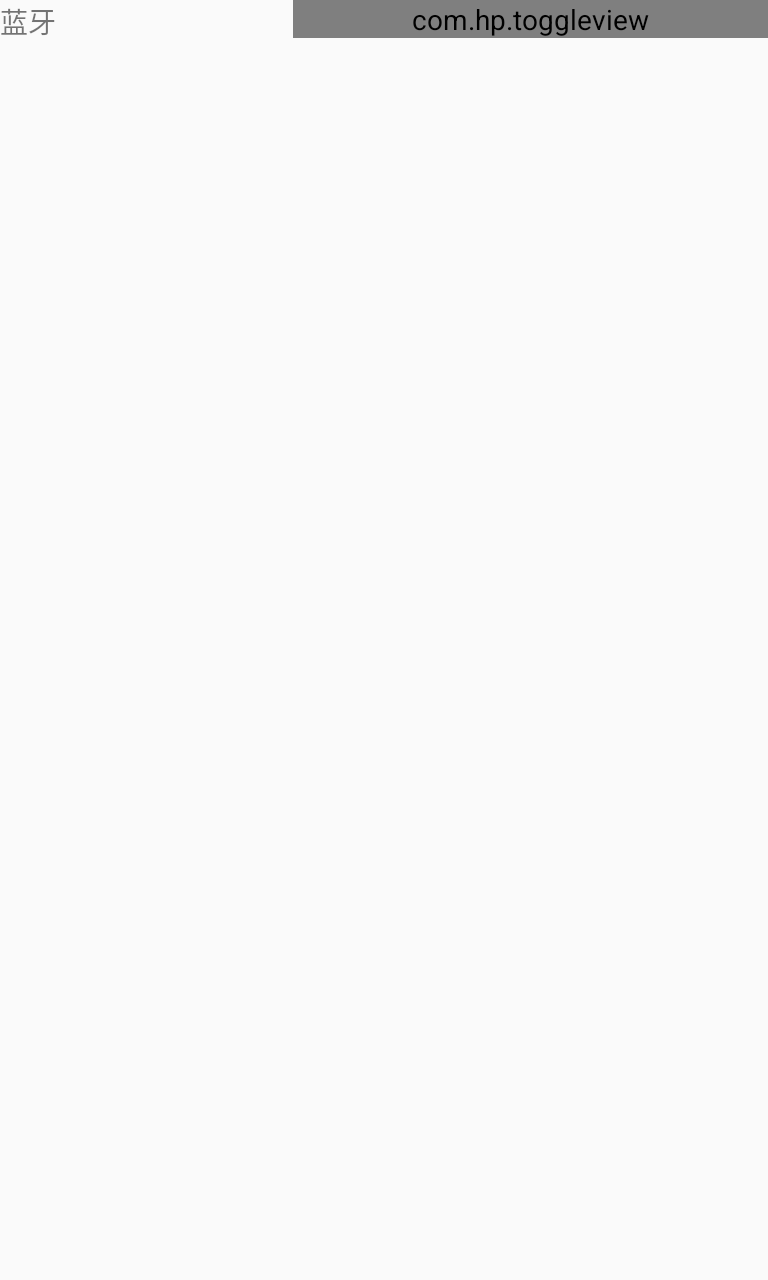
Repository: mimimy/MassagePro
Layout: BLE-Version/MassageTool/res/layout/activity_blooth.xml
An editor plug-in stored every save of this project. The layout is shown before and after the next save, followed by the edit.
Pictures or frames that could not be fetched are drawn as grey boxes. It is drawn on a 768 x 1280 px phone screen (xhdpi) without system bars, with theme AppTheme; the app's code is not run.

Above is the layout before, as saved 2018-07-26 14:59:49.

### BLE-Version/MassageTool/res/layout/activity_blooth.xml
<LinearLayout xmlns:android="http://schemas.android.com/apk/res/android"
    xmlns:tools="http://schemas.android.com/tools"
    android:layout_width="fill_parent"
    android:layout_height="fill_parent"
    android:orientation="vertical">
	<LinearLayout
	    android:layout_width="match_parent"
	    android:layout_height="wrap_content"
	    android:orientation="horizontal">
	    <TextView
	        android:layout_width="wrap_content"
	        android:layout_height="wrap_content"
	        android:layout_weight="1"
	        android:text="蓝牙"/>
	    <com.hp.toggleview
		    android:id="@+id/toggleView"
	        android:layout_width="wrap_content"
	        android:layout_height="wrap_content"
	        android:layout_weight="1"
	        android:layout_centerInParent="true" >
		</com.hp.toggleview>
	</LinearLayout>
	<LinearLayout
	    android:layout_width="match_parent"
	    android:layout_height="wrap_content"
	    android:orientation="vertical">

	</LinearLayout>

</LinearLayout>

Loaded but not shown: BLE-Version/MassageTool/res/values/styles.xml (common file); BLE-Version/MassageTool/res/values-v11/styles.xml (common file); BLE-Version/MassageTool/res/values-v14/styles.xml (common file)

After the next save:
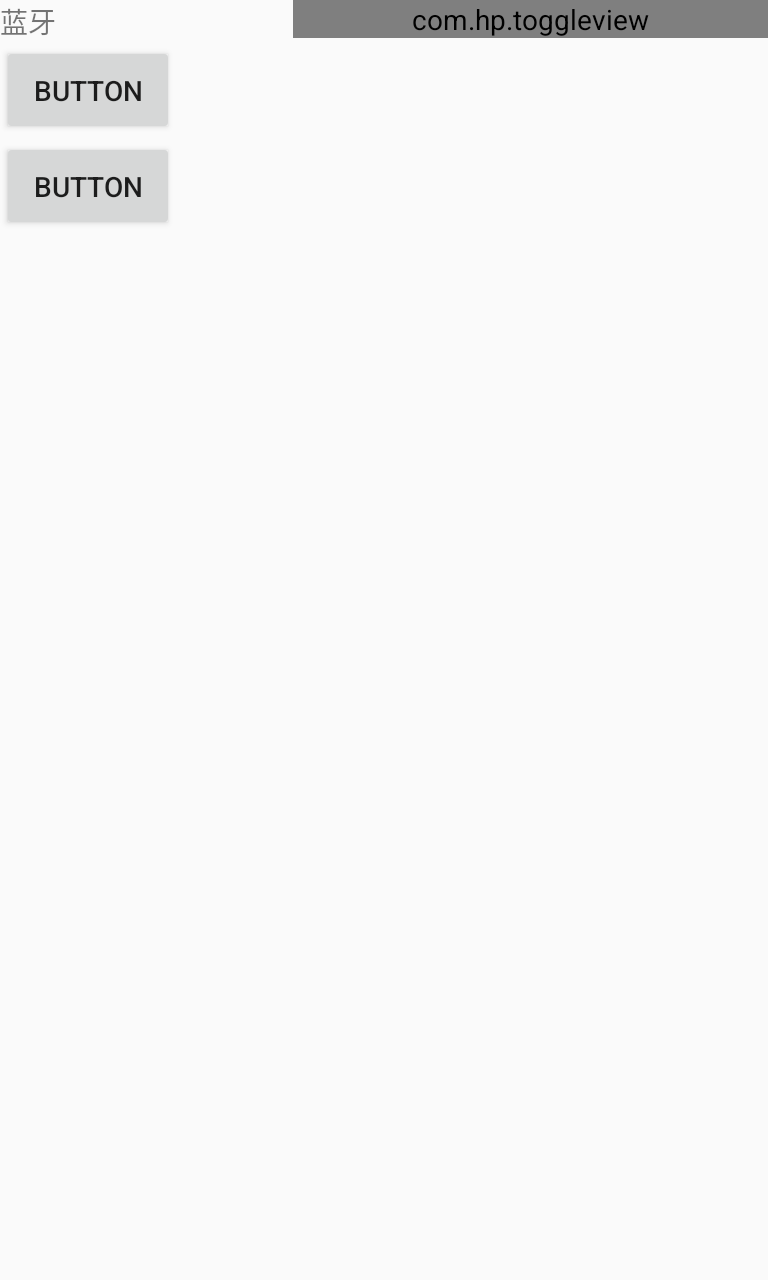
Saved 3 min 26 s later.
--- a/BLE-Version/MassageTool/res/layout/activity_blooth.xml
+++ b/BLE-Version/MassageTool/res/layout/activity_blooth.xml
@@ -18,13 +18,25 @@
 	        android:layout_height="wrap_content"
 	        android:layout_weight="1"
 	        android:layout_centerInParent="true" >
-		</com.hp.toggleview>
+		</com.hp.toggleview.ToggleView>
 	</LinearLayout>
 	<LinearLayout
 	    android:layout_width="match_parent"
 	    android:layout_height="wrap_content"
 	    android:orientation="vertical">
 
+		<Button
+		    android:id="@+id/button1"
+		    android:layout_width="wrap_content"
+		    android:layout_height="wrap_content"
+		    android:text="Button" />
+
+		<Button
+		    android:id="@+id/button2"
+		    android:layout_width="wrap_content"
+		    android:layout_height="wrap_content"
+		    android:text="Button" />
+
 	</LinearLayout>
 
 </LinearLayout>
